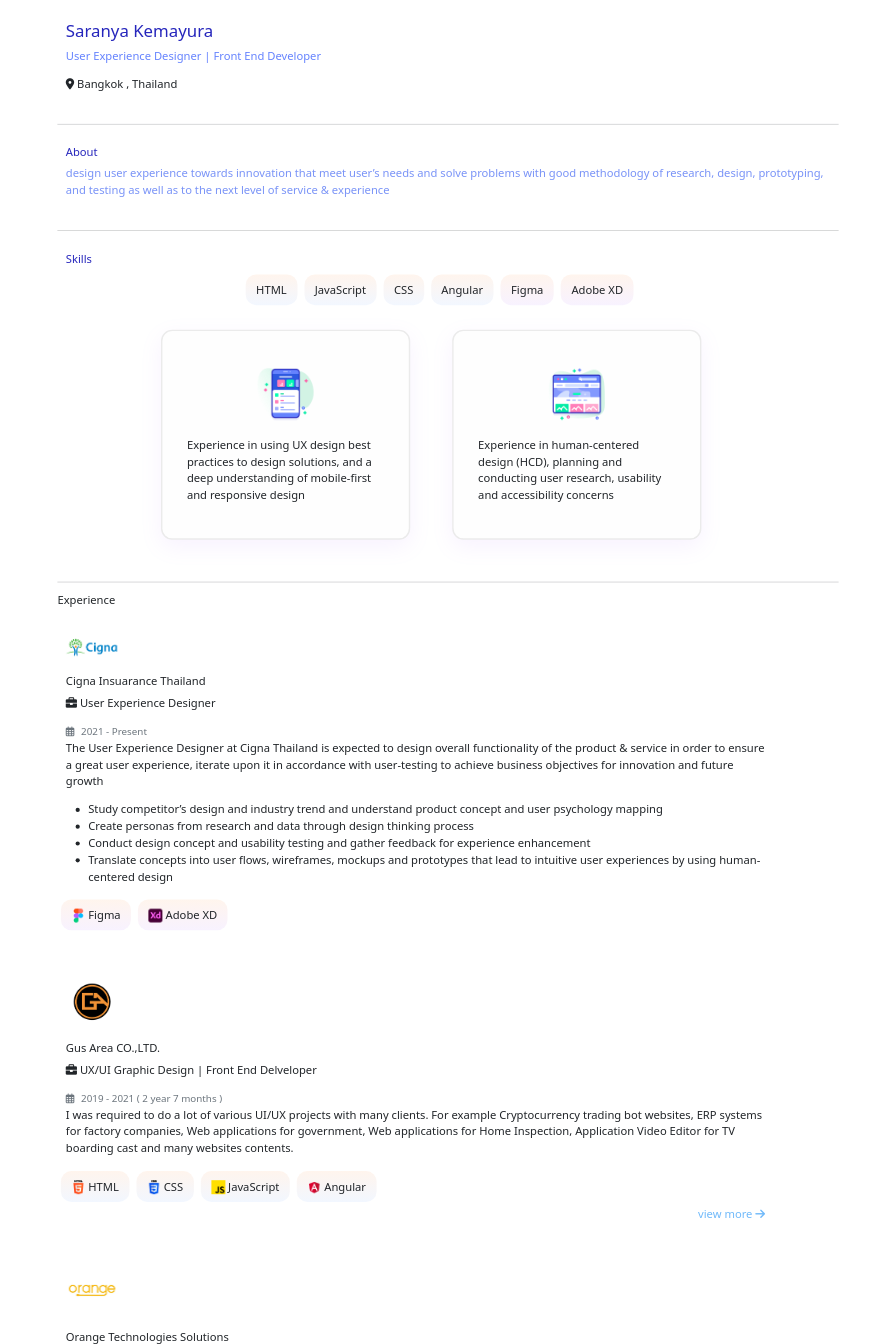
Repository: 0910th/portfolio
Page: index.html
The author's editor kept a copy of each file at every save. The page is drawn from the files as they stood at one save, then again after the next save.
The browser window is 1280 px wide. The pictures show the part of the page from y = 0 to 1920 px (the page is 2951 px tall before and 2961 px after), at 70% of full size.

Above is the page before, as saved 2022-12-23 16:58:55.

After the next save:
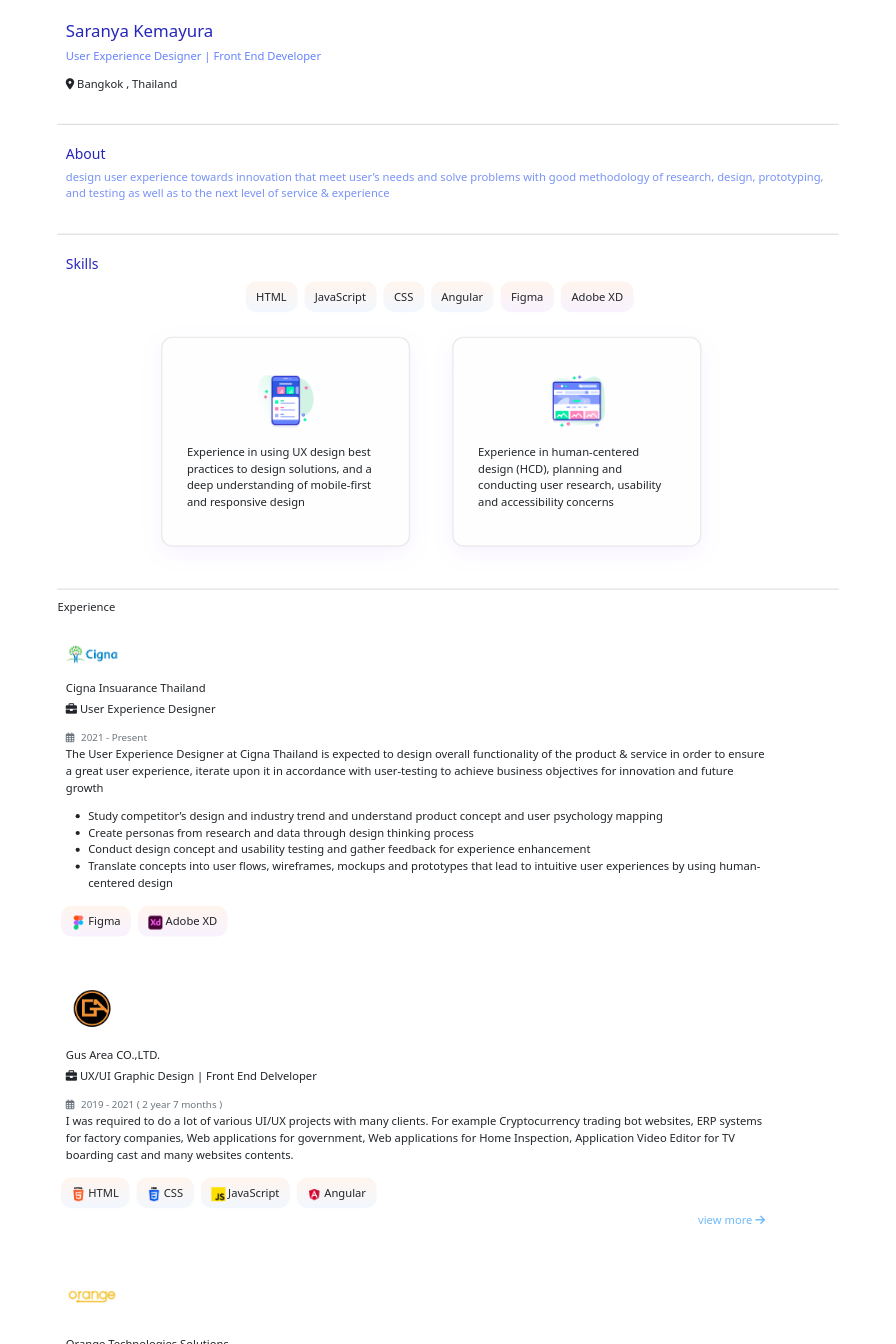
Saved 15 s later.
--- a/index.html
+++ b/index.html
@@ -28,14 +28,14 @@
         <hr>
         <div class="row mg-30 bg-gradient-head">
 
-            <h6 class="purple-deep">About</h6>
+            <h5 class="purple-deep">About</h5>
             <p class="purple-trans">design user experience towards innovation that meet user’s needs and solve problems with good methodology of
                 research,
                 design, prototyping, and testing as well as to the next level of service & experience</p>
         </div>
         <hr>
         <div class="row mg-30">
-            <h6 class="purple-deep">Skills</h6>
+            <h5 class="purple-deep">Skills</h5>
             <div class="row justify-content-center">
                 <div class="badge-text code">HTML</div>
                 <div class="badge-text code">JavaScript</div>
